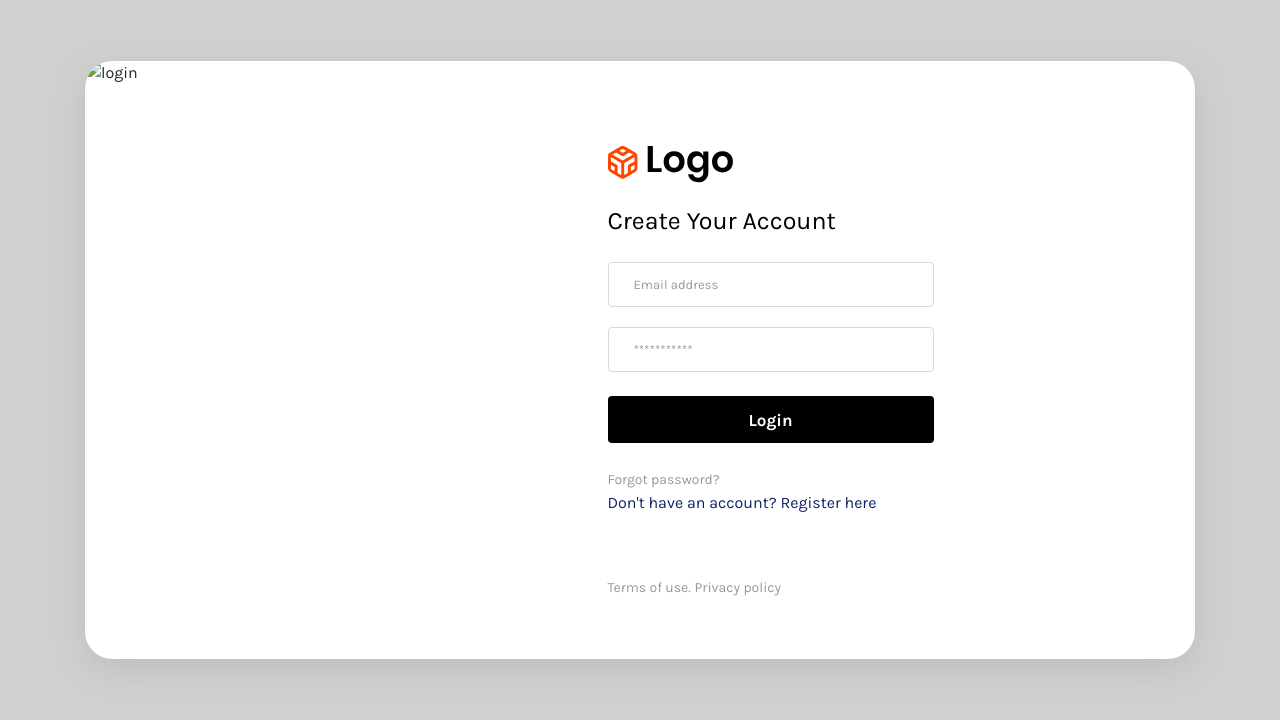
Repository: sara55m/Login
Page: http://localhost/register
The author's editor kept a copy of each file at every save. The page is drawn from the files as they stood at one save, then again after the next save.
The browser window is 1280 px wide. The pictures show the whole page.
Some web libraries are served in a nearby version. The page is served by the project's Laravel application, run on PHP 8.4 with Laravel 10.

Above is the page before, as saved 2024-03-01 16:53:36.

After the next save:
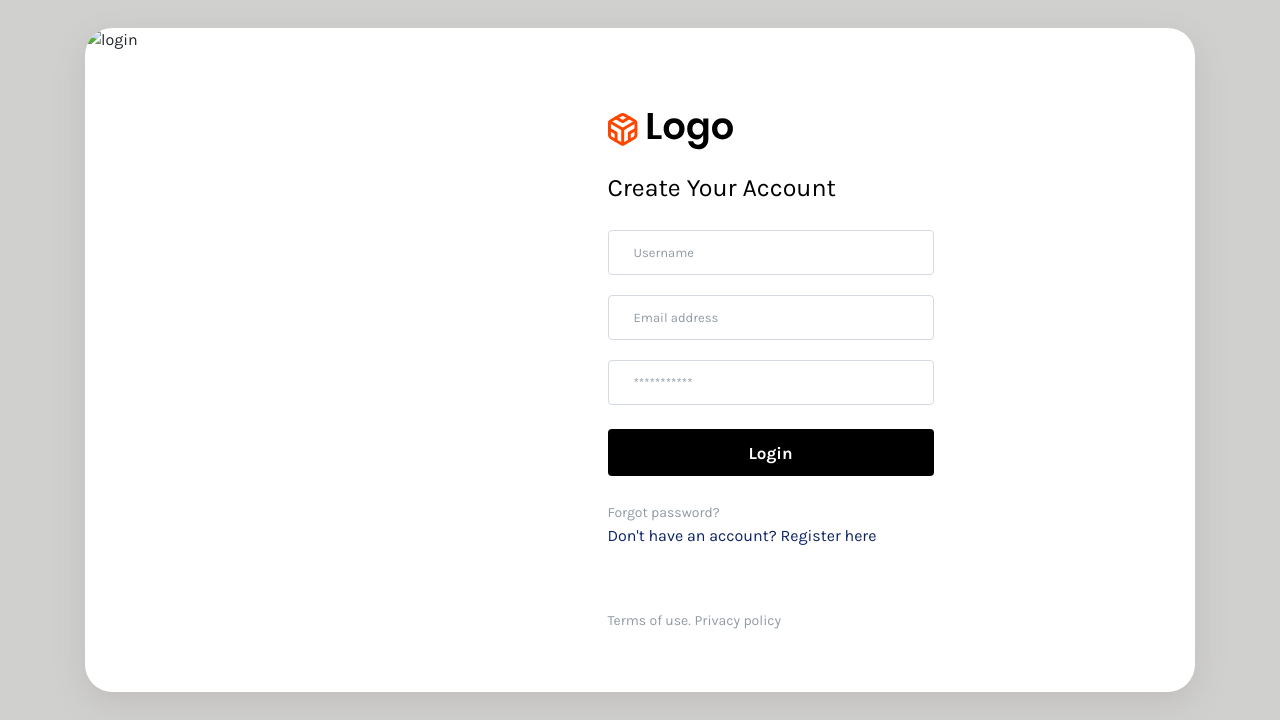
Saved 75 s later.
--- a/resources/views/register.blade.php
+++ b/resources/views/register.blade.php
@@ -25,6 +25,10 @@
               </div>
               <p class="login-card-description">Create Your Account</p>
               <form action="#!">
+                <div class="form-group">
+                    <label for="username" class="sr-only">Username</label>
+                    <input type="text" name="username" id="username" class="form-control" placeholder="Username">
+                  </div>
                   <div class="form-group">
                     <label for="email" class="sr-only">Email</label>
                     <input type="email" name="email" id="email" class="form-control" placeholder="Email address">
